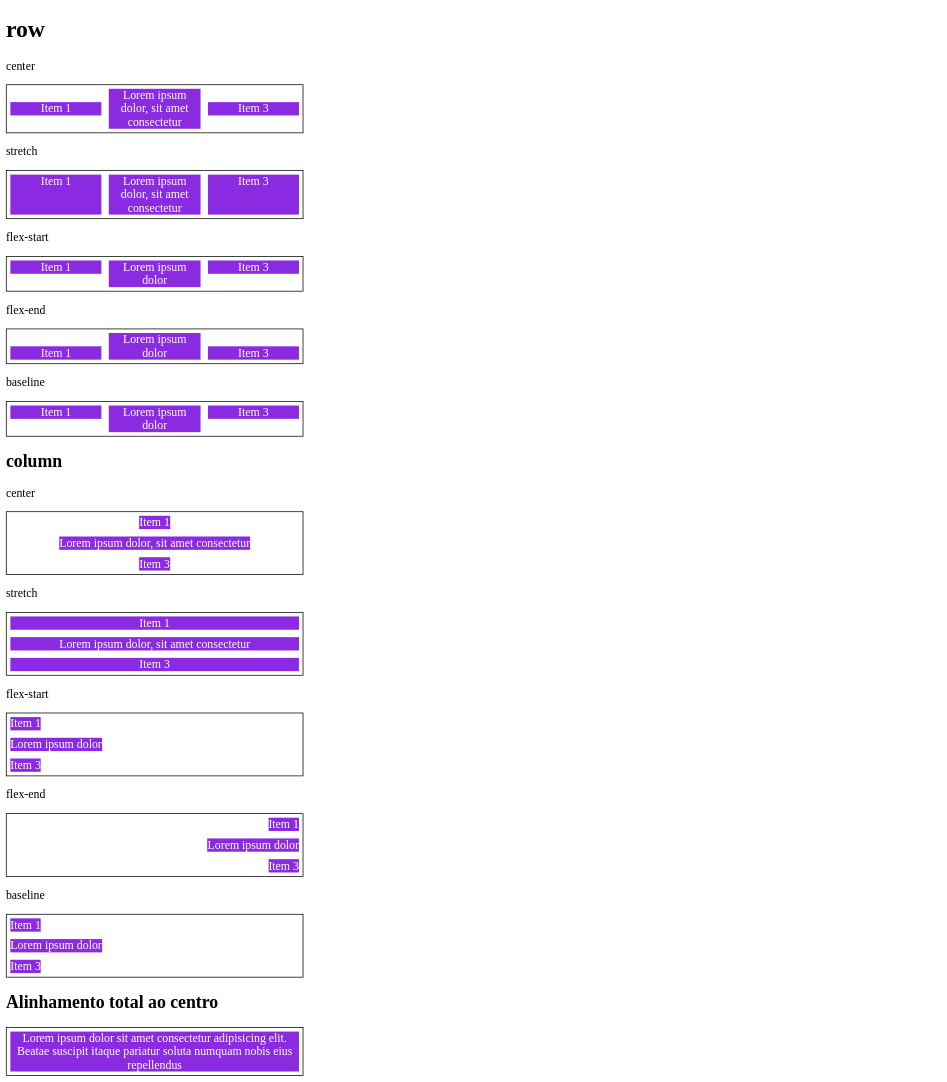
Repository: gabrielbino/projects-dio
Page: Flexbox/@align-items.html
These files come from the project's save history. The page is drawn as it stood at one moment and after the next save; the edit follows.
The browser window is 1280 px wide. The pictures show the whole page, at 74% of full size.

Above is the page before, as saved 2021-10-22 18:14:43.

After the next save:
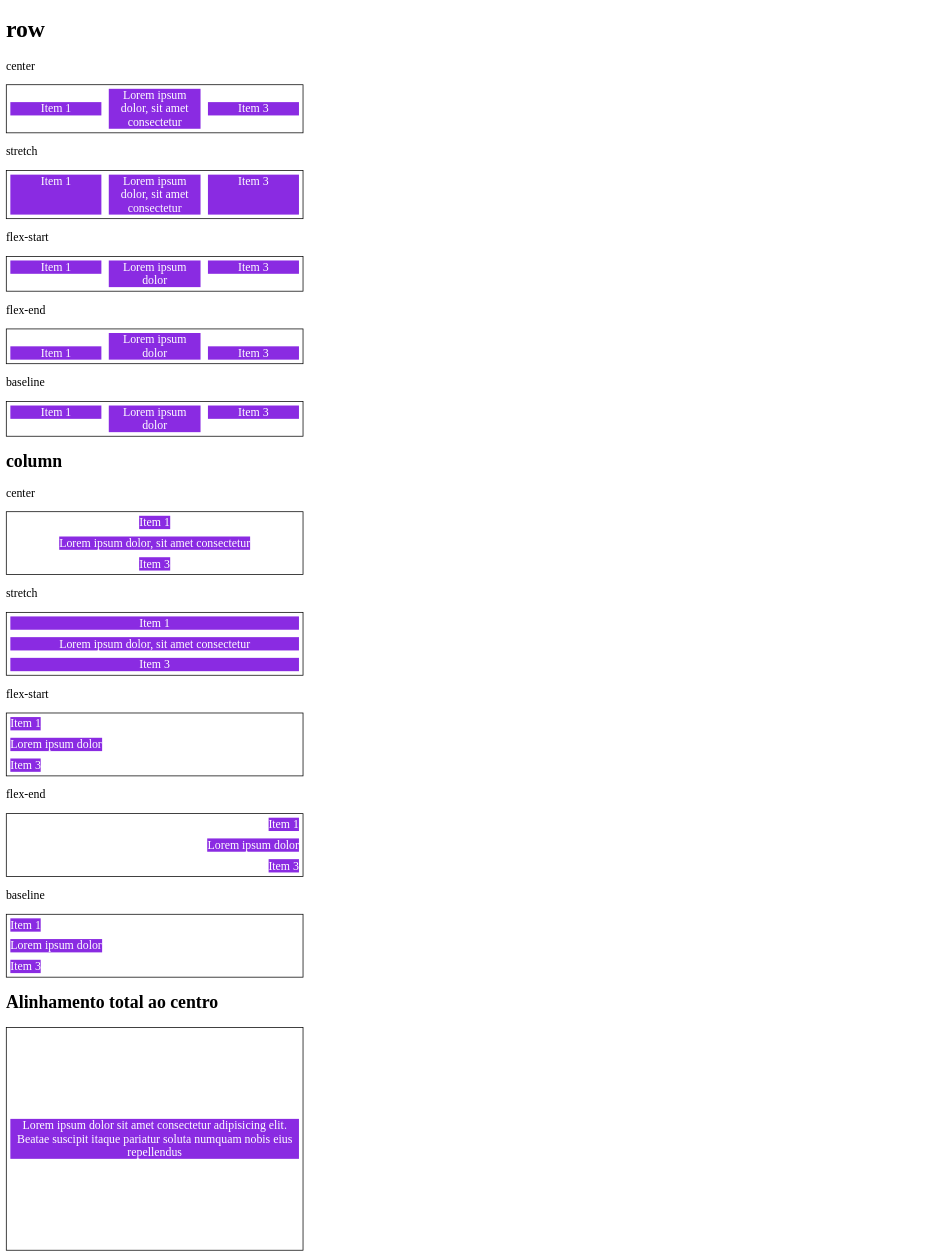
Saved 13 s later.
--- a/Flexbox/@align-items.html
+++ b/Flexbox/@align-items.html
@@ -124,7 +124,7 @@
     </section>
 
     <h2>Alinhamento total ao centro</h2>
-    <section class="container">
+    <section class="container central center">
       <div class="item">
         Lorem ipsum dolor sit amet consectetur adipisicing elit. Beatae suscipit
         itaque pariatur soluta numquam nobis eius repellendus
